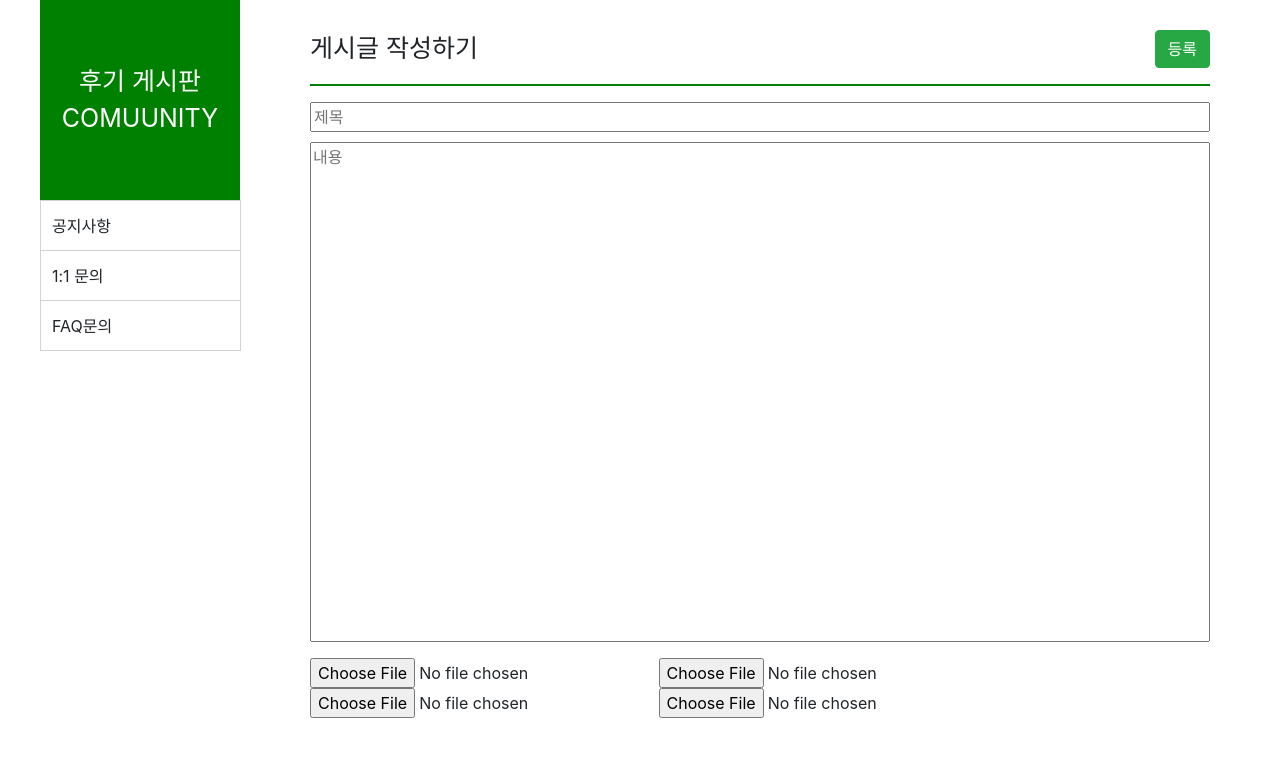
Repository: maru4737/semi
Page: http://localhost/Semi_Project/enroll.fd
These files come from the project's save history. The page is drawn as it stood at one moment and after the next save; the edit follows.
The browser window is 1280 px wide. The pictures show the whole page.
The page is served by Tomcat 9.

Above is the page before, as saved 2021-12-06 09:49:15.

After the next save:
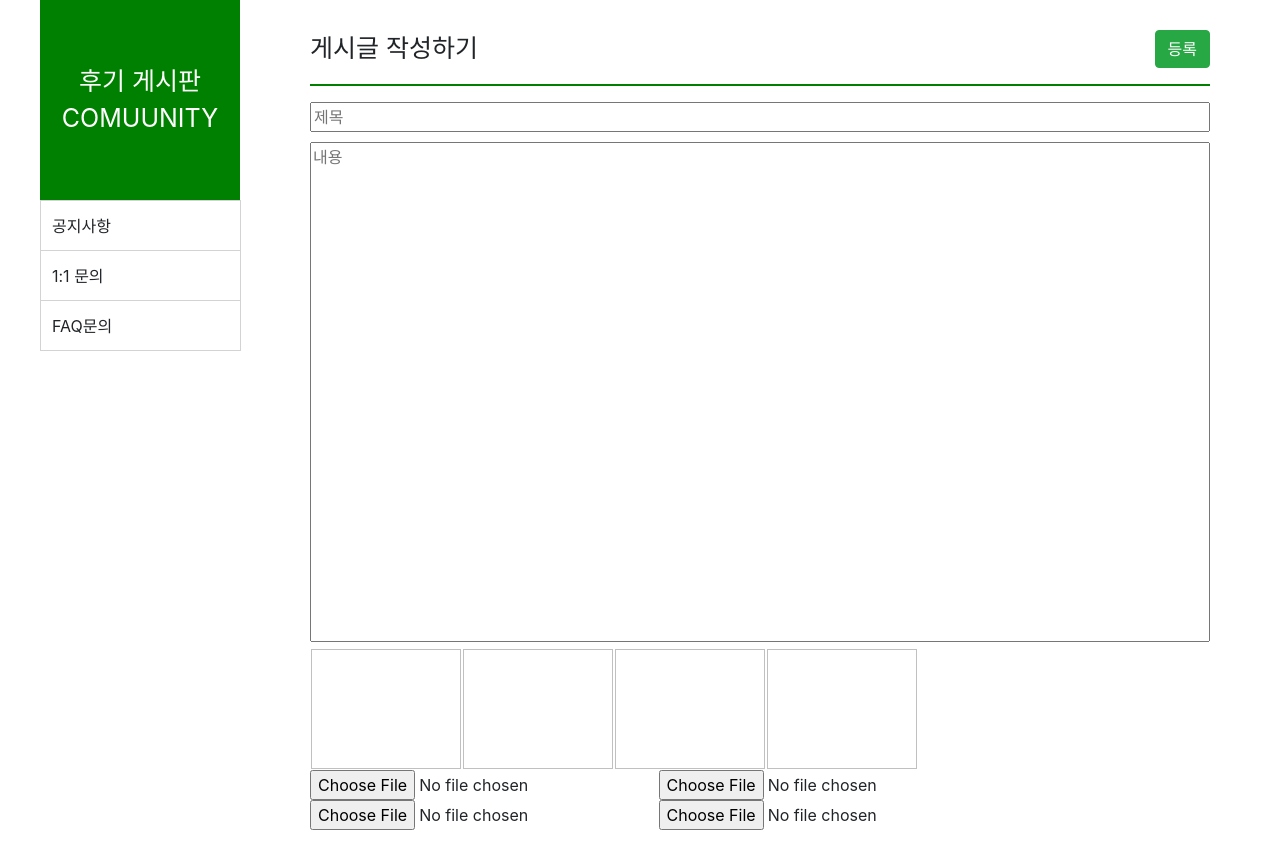
Saved 3 min 47 s later.
--- a/Semi_Project/WebContent/views/board/boardEnrollView.jsp
+++ b/Semi_Project/WebContent/views/board/boardEnrollView.jsp
@@ -143,7 +143,7 @@
 					</div>
 
 					<!-- 미리보기 영역-->
-					<table id="file-area">
+					<table>
 
 						<tr>
 							<td><img id="titleImg" width="150" height="120" ></td>
@@ -154,7 +154,7 @@
 					</table>
 
 
-					<div class="input-file">
+					<div class="file-area">
 						<input type="file" id="file1" name="file1" onchange="loadImg(this,1)" required>
 						<input type="file" id="file2" name="file2" onchange="loadImg(this,2)">
 						<input type="file" id="file3" name="file3" onchange="loadImg(this,3)">
